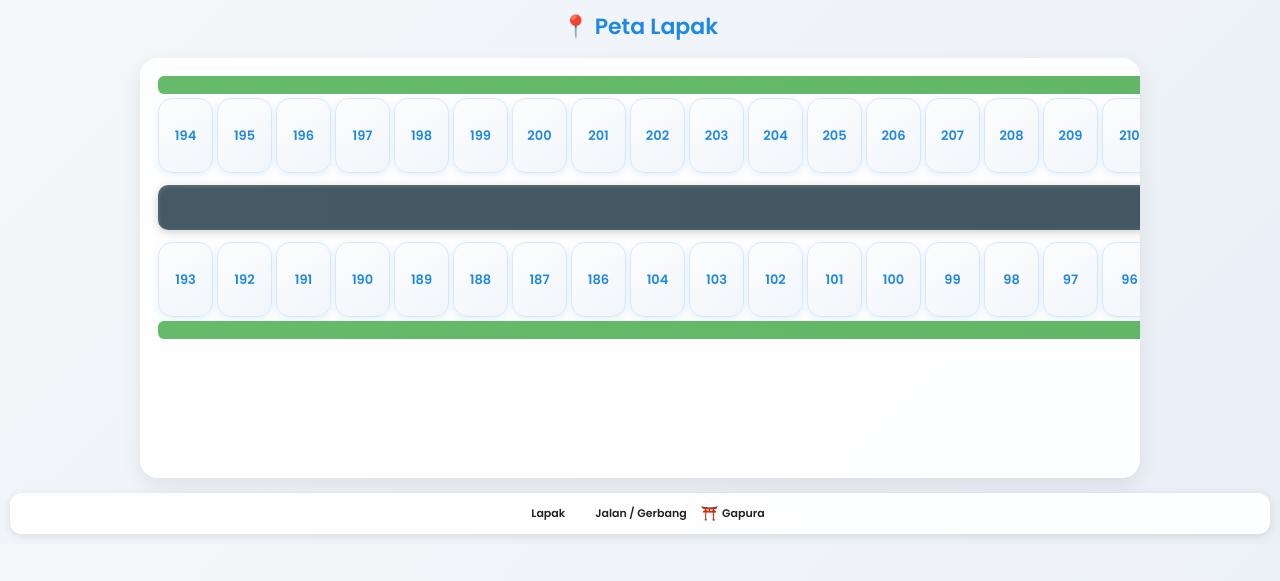
Repository: pasarrakyatbak/denah
Page: index.html
The author's editor kept a copy of each file at every save. The page is drawn from the files as they stood at one save, then again after a run of saves.
The browser window is 1280 px wide. The pictures show the whole page.

Above is the page before, as saved 2025-09-20 10:49:13.

After the next 8 saves:
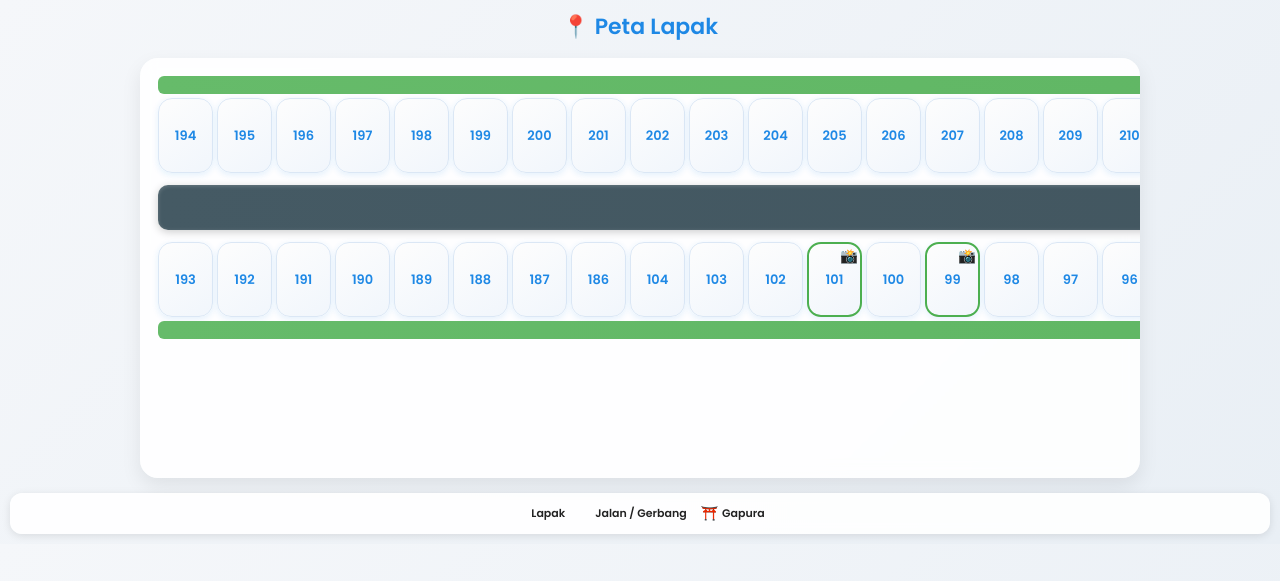
The 8 saves are shown as one change because they came seconds apart.
The last was saved 24 s later.
--- a/script.js
+++ b/script.js
@@ -112,7 +112,9 @@ const lapakPhotos = {
     70: 'images/lapak70.jpg',
     83: 'images/lapak83.jpg',
     84: 'images/lapak84.jpg',
-    86: 'images/lapak37.jpg'
+    86: 'images/lapak86.jpg',
+    99: 'images/lapak99.jpg',
+    101: 'images/lapak108.jpg'
     // Tambahkan sesuai kebutuhan
 };
 
